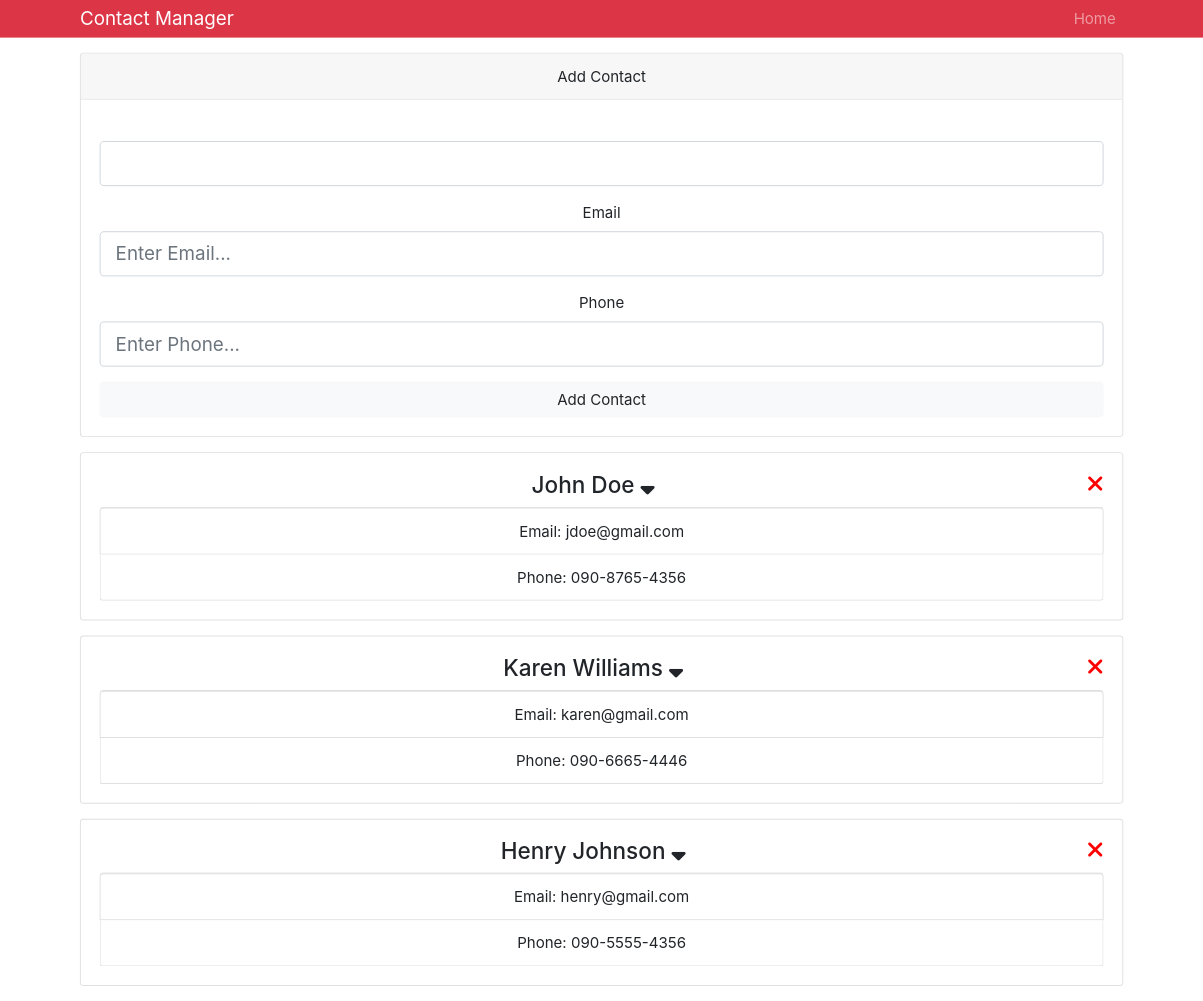
Repository: IkennaU/contactmanager
Page: /
These files come from the project's save history. The page is drawn as it stood at one moment and after the next save; the edit follows.
The browser window is 1280 px wide. The pictures show the whole page, at 94% of full size.
Some web libraries are served in a nearby version. The project was rebuilt for these pictures with package versions that can differ from the ones it lists, and the page was loaded fresh each time.

Above is the page before, as saved 2020-07-22 12:33:23.

### public/index.html
<!DOCTYPE html>
<html lang="en">
  <head>
    <meta charset="utf-8" />
    <link rel="icon" href="%PUBLIC_URL%/favicon.ico" />
    <meta name="viewport" content="width=device-width, initial-scale=1" />
    <meta name="theme-color" content="#000000" />
    <meta
      name="description"
      content="Web site created using create-react-app"
    />
    <link rel="apple-touch-icon" href="%PUBLIC_URL%/logo192.png" />
    <!--
      manifest.json provides metadata used when your web app is installed on a
      user's mobile device or desktop. See https://developers.google.com/web/fundamentals/web-app-manifest/
    -->
    <link rel="manifest" href="%PUBLIC_URL%/manifest.json" />
    <!--
      Notice the use of %PUBLIC_URL% in the tags above.
      It will be replaced with the URL of the `public` folder during the build.
      Only files inside the `public` folder can be referenced from the HTML.

      Unlike "/favicon.ico" or "favicon.ico", "%PUBLIC_URL%/favicon.ico" will
      work correctly both with client-side routing and a non-root public URL.
      Learn how to configure a non-root public URL by running `npm run build`.
    -->
    <title>Contact Manager</title>
  </head>
  <body>
    <noscript>You need to enable JavaScript to run this app.</noscript>
    <div id="root"></div>
    <!--
      This HTML file is a template.
      If you open it directly in the browser, you will see an empty page.

      You can add webfonts, meta tags, or analytics to this file.
      The build step will place the bundled scripts into the <body> tag.

      To begin the development, run `npm start` or `yarn start`.
      To create a production bundle, use `npm run build` or `yarn build`.
    -->
  </body>
  <script src="https://kit.fontawesome.com/98795c63b9.js"></script>
</html>

### src/App.js
import React from "react";
import Contacts from "./components/contacts/Contacts";
import Header from "./components/layout/Header";
import AddContact from "./components/contacts/AddContact";
import "bootstrap/dist/css/bootstrap.min.css";
import { Provider } from "./context";

import "./App.css";

function App() {
  return (
    <Provider>
      <div className="App">
        <Header branding="Contact Manager" />
        <div className="container">
          <AddContact />
          <Contacts />
        </div>
      </div>
    </Provider>
  );
}

export default App;

### src/components/contacts/Contacts.js
import React, { Component } from "react";
import PropTypes from "prop-types";
import Contact from "../contacts/Contact";
import { Consumer } from "../../context";

class Contacts extends Component {
  static propTypes = {};

  render() {
    return (
      <Consumer>
        {(value) => {
          return (
            <div>
              {value.contacts.map((contact) => (
                <Contact key={contact.id} contact={contact} />
              ))}{" "}
            </div>
          );
        }}
      </Consumer>
    );
  }
}

export default Contacts;

### src/components/layout/Header.js
import React from "react";
import PropTypes from "prop-types";

function Header(props) {
  return (
    <nav className="navbar navbar-expand-sm navbar-dark bg-danger mb-3 py-0">
      <div className="container">
        <a href="/" className="navbar-brand">
          {props.branding}
        </a>
        <div>
          <ul className="navbar-nav mr-auto">
            <li className="nav-item">
              <a href="/" className="nav-link">
                Home
              </a>
            </li>
          </ul>
        </div>
      </div>
    </nav>
  );
}
Header.propTypes = { branding: PropTypes.string.isRequired };

export default Header;

### src/components/contacts/AddContact.js
import React, { Component } from "react";
import PropTypes from "prop-types";
import { Consumer } from "../../context";
import TextInputGroup from "../layout/TextInputGroup";
import { v4 as uuidv4 } from "uuid";

class AddContact extends Component {
  static propTypes = {};

  state = { name: "", email: "", phone: "" };
  onChange = (e) => this.setState({ [e.target.name]: e.target.value });
  onSubmit = (dispatch, e) => {
    e.preventDefault();

    const newContact = {
      id: uuidv4(),
      name: this.state.name,
      email: this.state.email,
      phone: this.state.phone,
    };
    dispatch({ type: "ADD_CONTACT", payload: newContact });
    this.setState({ name: "", email: "", phone: "" });
  };

  render() {
    return (
      <Consumer>
        {(value) => {
          return (
            <div className="card mb-3">
              <div className="card-header">Add Contact</div>
              <div className="card-body">
                <form onSubmit={this.onSubmit.bind(this, value.dispatch)}>
                  <TextInputGroup>
                    label="Name", name ="name", placeholder="Enter Name...",
                    value = {this.state.name}, onChange = {this.onChange}
                  </TextInputGroup>
                  <div className="form-group">
                    <label htmlFor="email">Email</label>
                    <input
                      type="email"
                      name="email"
                      className="form-control form-control-lg"
                      placeholder="Enter Email..."
                      value={this.state.email}
                      onChange={this.onChange}
                    />
                  </div>
                  <div className="form-group">
                    <label htmlFor="phone">Phone</label>
                    <input
                      type="text"
                      name="phone"
                      className="form-control form-control-lg"
                      placeholder="Enter Phone..."
                      value={this.state.phone}
                      onChange={this.onChange}
                    />
                  </div>
                  <input
                    type="submit"
                    value="Add Contact"
                    className="btn btn-light btn-block"
                  />
                </form>
              </div>
            </div>
          );
        }}
      </Consumer>
    );
  }
}

export default AddContact;

### src/context.js
import React, { Component } from "react";

const Context = React.createContext();
const reducer = (state, action) => {
  switch (action.type) {
    case "DELETE_CONTACT":
      return {
        ...state,
        contacts: state.contacts.filter(
          (contact) => contact.id !== action.payload
        ),
      };
    case "ADD_CONTACT":
      return {
        ...state,
        contacts: [action.payload, ...state.contacts],
      };
    default:
      return state;
  }
};

export class Provider extends Component {
  state = {
    contacts: [
      {
        id: 1,
        name: "John Doe",
        email: "jdoe@gmail.com",
        phone: "090-8765-4356",
      },
      {
        id: 2,
        name: "Karen Williams",
        email: "karen@gmail.com",
        phone: "090-6665-4446",
      },
      {
        id: 3,
        name: "Henry Johnson",
        email: "henry@gmail.com",
        phone: "090-5555-4356",
      },
    ],
    dispatch: (action) => {
      this.setState((state) => reducer(state, action));
    },
  };
  render() {
    return (
      <Context.Provider value={this.state}>
        {this.props.children}
      </Context.Provider>
    );
  }
}
export const Consumer = Context.Consumer;

### src/components/contacts/Contact.js
import React, { Component } from "react";
import PropTypes from "prop-types";
import { Consumer } from "../../context";

class Contact extends Component {
  static propTypes = {
    contact: PropTypes.object.isRequired,
  };
  state = {
    showContactInfo: true,
  };
  onShowClick = (e) => {
    this.setState({ showContactInfo: !this.state.showContactInfo });
  };
  onDeleteClick = (id, dispatch) => {
    dispatch({ type: "DELETE_CONTACT", payload: id });
  };

  render() {
    return (
      <Consumer>
        {(value) => {
          return (
            <div className="card card-body mb-3">
              <h4>
                {this.props.contact.name}{" "}
                <i
                  onClick={this.onShowClick}
                  className="fas fa-sort-down"
                  style={{ cursor: "pointer" }}
                />
                <i
                  className="fas fa-times"
                  style={{ cursor: "pointer", float: "right", color: "red" }}
                  onClick={this.onDeleteClick.bind(
                    this,
                    this.props.contact.id,
                    value.dispatch
                  )}
                ></i>
              </h4>
              {this.state.showContactInfo ? (
                <ul className="list-group">
                  <li className="list-group-item">
                    Email: {this.props.contact.email}
                  </li>
                  <li className="list-group-item">
                    Phone: {this.props.contact.phone}
                  </li>
                </ul>
              ) : null}
            </div>
          );
        }}
      </Consumer>
    );
  }
}

export default Contact;

### src/components/layout/TextInputGroup.js
import React from "react";
import PropTypes from "prop-types";

function TextInputGroup({ label, name, value, placeholder, type, onChange }) {
  return (
    <div className="form-group">
      <label htmlFor={name}>{label}</label>
      <input
        type={type}
        name={name}
        className="form-control form-control-lg"
        placeholder={placeholder}
        value={value}
        onChange={onChange}
      />
    </div>
  );
}

TextInputGroup.propTypes = {
  label: PropTypes.string.isRequired,
  name: PropTypes.string.isRequired,
  placeholder: PropTypes.string.isRequired,
  value: PropTypes.string.isRequired,
  type: PropTypes.string.isRequired,
  onChange: PropTypes.func.isRequired,
};
TextInputGroup.defaultProp = {
  type: "text",
};

export default TextInputGroup;

Loaded but not shown: src/index.js (common file); src/serviceWorker.js (common file); src/App.css (common file)

After the next save:
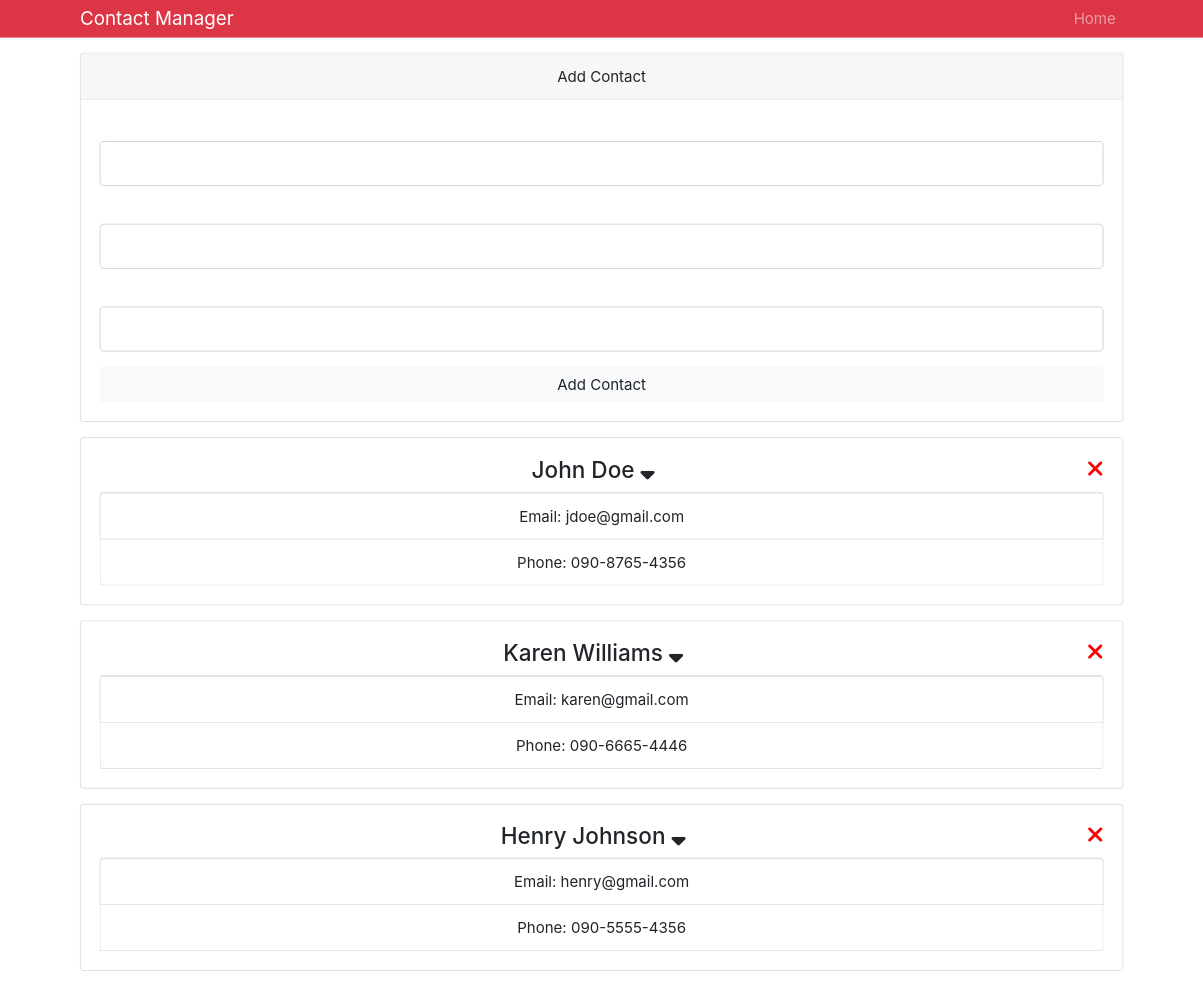
Saved 2 min 3 s later.
--- a/src/components/contacts/AddContact.js
+++ b/src/components/contacts/AddContact.js
@@ -35,28 +35,14 @@ class AddContact extends Component {
                     label="Name", name ="name", placeholder="Enter Name...",
                     value = {this.state.name}, onChange = {this.onChange}
                   </TextInputGroup>
-                  <div className="form-group">
-                    <label htmlFor="email">Email</label>
-                    <input
-                      type="email"
-                      name="email"
-                      className="form-control form-control-lg"
-                      placeholder="Enter Email..."
-                      value={this.state.email}
-                      onChange={this.onChange}
-                    />
-                  </div>
-                  <div className="form-group">
-                    <label htmlFor="phone">Phone</label>
-                    <input
-                      type="text"
-                      name="phone"
-                      className="form-control form-control-lg"
-                      placeholder="Enter Phone..."
-                      value={this.state.phone}
-                      onChange={this.onChange}
-                    />
-                  </div>
+                  <TextInputGroup>
+                    label="Name", name ="name", placeholder="Enter Name...",
+                    value = {this.state.name}, onChange = {this.onChange}
+                  </TextInputGroup>
+                  <TextInputGroup>
+                    label="Name", name ="name", placeholder="Enter Name...",
+                    value = {this.state.name}, onChange = {this.onChange}
+                  </TextInputGroup>
                   <input
                     type="submit"
                     value="Add Contact"
